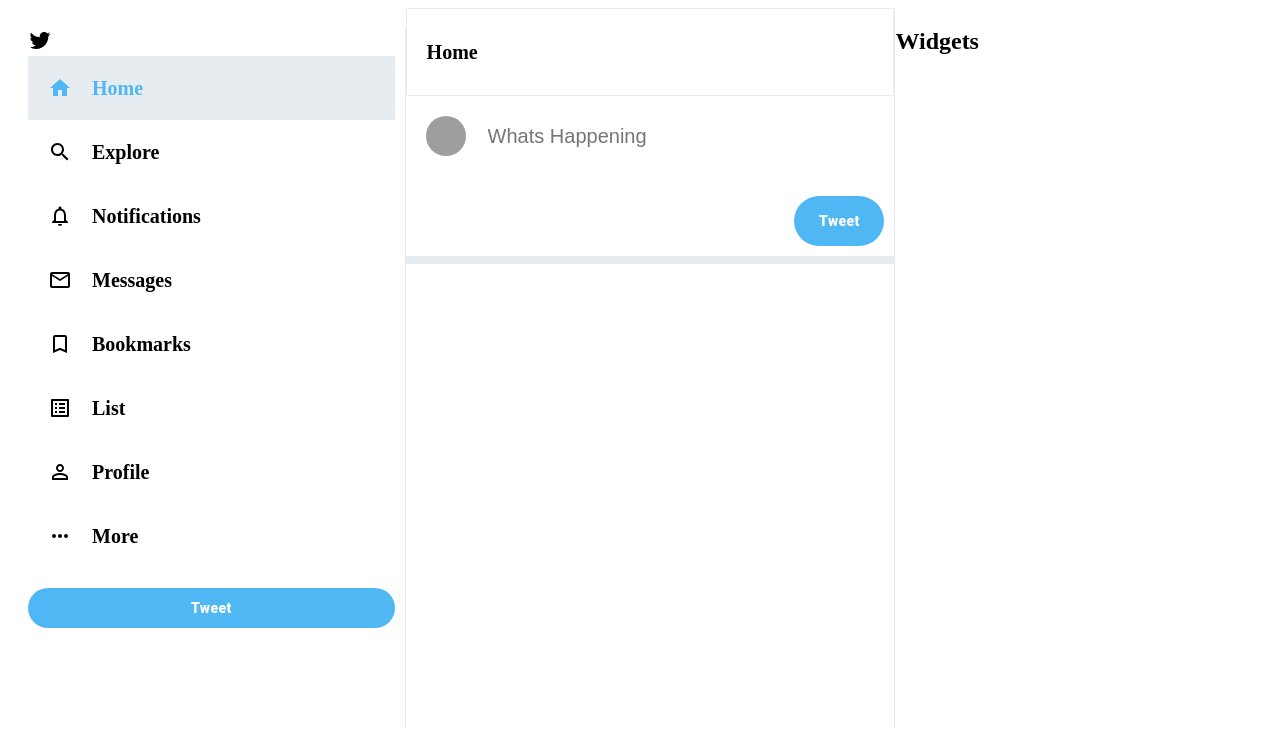
Repository: shehriyarnadeem/twitter-clone
Page: /
An editor plug-in stored every save of this project. The page is shown before and after a run of saves, followed by the edit.
The browser window is 1280 px wide. The pictures show the whole page.
Pictures or frames that could not be fetched are drawn as grey boxes. The project was rebuilt for these pictures with package versions that can differ from the ones it lists, and the page was loaded fresh each time. Also part of the build but not shown: src/index.css.

Above is the page before, as saved 2020-08-08 23:56:48.

### src/App.js
import React from "react";
import Sidebar from "./Sidebar";
import Feed from "./Feed";
import Widgets from "./Widgets";
import "./App.css";

function App() {
  return (
    <div className="App">
      <Sidebar />
      <Feed />
      <Widgets />
      {/* Feed */}
      {/* Widget */}
    </div>
  );
}

export default App;

### src/Sidebar.js
import React from "react";
import SidebarOption from "./SidebarOption";
import TwitterIcon from "@material-ui/icons/Twitter";
import HomeIcon from "@material-ui/icons/Home";
import SearchIcon from "@material-ui/icons/Search";
import NotificationsNoneIcon from "@material-ui/icons/NotificationsNone";
import MailOutlineIcon from "@material-ui/icons/MailOutline";
import BookmarkBorderIcon from "@material-ui/icons/BookmarkBorder";
import ListAltIcon from "@material-ui/icons/ListAlt";
import PermIdentityIcon from "@material-ui/icons/PermIdentity";
import MoreHorizIcon from "@material-ui/icons/MoreHoriz";
import { Button } from "@material-ui/core";
import "./Sidebar.css";

const Sidebar = () => {
  return (
    <div className="sidebar">
      <TwitterIcon />
      <SidebarOption active Icon={HomeIcon} text="Home" />
      <SidebarOption Icon={SearchIcon} text="Explore" />
      <SidebarOption Icon={NotificationsNoneIcon} text="Notifications" />
      <SidebarOption Icon={MailOutlineIcon} text="Messages" />
      <SidebarOption Icon={BookmarkBorderIcon} text="Bookmarks" />
      <SidebarOption Icon={ListAltIcon} text="List" />
      <SidebarOption Icon={PermIdentityIcon} text="Profile" />
      <SidebarOption Icon={MoreHorizIcon} text="More" />
      <Button variant="outlined" className="sidebar__tweet" fullWidth>
        Tweet
      </Button>
    </div>
  );
};

export default Sidebar;

### src/Feed.js
import React from "react";
import TweetBox from "./TweetBox";
import "./Feed.css";
const Feed = () => {
  return (
    <div className="feed">
      <div className="feed__header">
        <h2>Home</h2>
      </div>
      <TweetBox />

      {/* Post */}
    </div>
  );
};

export default Feed;

### src/Widgets.js
import React from "react";
import "./Widgets.css";
export default function Widgets() {
  return (
    <div className="widgets">
      <h2>Widgets</h2>
    </div>
  );
}

### src/App.css
body {
  --twitter-color: #50b7f5;
  --twitter-background: #e6ecf0;
}

.App {
  display: flex;
  height: 100vh;
  margin-left: auto;
  margin-right: auto;
  padding: 0 10px;

  max-width: 1300px;
}

### src/SidebarOption.js
import React from "react";
import "./SidebarOption.css";
const SidebarOption = ({ active, text, Icon }) => {
  return (
    <div className={`sidebarOption ${active && "sidebarOption--active"}`}>
      <Icon />
      <h2>{text}</h2>
    </div>
  );
};

export default SidebarOption;

### src/Sidebar.css
.sidebar {
  border-right: 1px solid var(--twitter-background);
  flex: 0.3;
  margin-top: 20px;
  padding-left: 10px;
  padding-right: 10px;
}

.sidebar__tweet {
  background-color: var(--twitter-color) !important;
  border: none !important;
  color: white !important;
  font-weight: 900 !important;
  text-transform: inherit !important;

  border-radius: 30px !important;
  height: 40px !important;
  margin-top: 20px !important;
}

### src/TweetBox.js
import React from "react";
import { Avatar, Button } from "@material-ui/core";
import "./TweetBox.css";

function TweetBox() {
  return (
    <div className="tweetBox">
      <form>
        <div className="tweetBox__input">
          <Avatar src="https://api.adorable.io/avatars/51/abott@adorable.png" />
          <input type="text" placeholder="Whats Happening" />
        </div>
        {/* <input
          className="tweetBox__imageInput"
          placeholder="Optional : Enter image URL"
          type="text"
        /> */}
        <Button className="tweetBox__tweetButton">Tweet</Button>
      </form>
    </div>
  );
}

export default TweetBox;

### src/Feed.css
.feed {
  flex: 0.4;
  border-right: 1px solid var(--twitter-background);
  min-width: fit-content;
  overflow-y: scroll;
}

.feed::-webkit-scrollbar {
  display: none;
}

.feed__header {
  position: sticky;
  top: 0;
  background-color: white;
  z-index: 100;
  border: 1px solid var(--twitter-background);
  padding: 15px 20px;
}

.feed__header > h2 {
  font-size: 20px;
  font-weight: 000;
}

### src/Widgets.css
.widgets {
  flex: 0.3;
}

### src/SidebarOption.css
.sidebarOption {
  display: flex;
  align-items: center;
  cursor: pointer;
}

.sidebarOption:hover {
  background-color: var(--twitter-background);
  border-radius: 30px;
  color: var(--twitter-color);
  transition: color 300ms ease-out;
}

.sidebarOption > .MuiSvgIcon-root {
  padding: 20px;
}
.sidebarOption > h2 {
  font-weight: 800;
  font-size: 20px;
  margin-right: 20px;
}
.sidebarOption--active {
  color: var(--twitter-color);
  background-color: var(--twitter-background);
}

### src/TweetBox.css
.tweetBox {
  padding-bottom: 10px;
  border-bottom: 8px solid var(--twitter-background);
  padding-right: 10px;
}

.tweetBox > form {
  display: flex;
  flex-direction: column;
}

.tweetBox__input {
  padding: 20px;
  display: flex;
}

.tweetBox__input > input {
  flex: 1;
  font-size: 20px;
  margin-left: 20px;
  border: none;
}

.tweetBox__tweetButton {
  background-color: var(--twitter-color) !important;
  border: none !important;
  color: white !important;
  font-weight: 900 !important;
  text-transform: inherit !important;
  border-radius: 30px !important;
  height: 50px !important;
  width: 90px !important;
  margin-left: auto !important;
  margin-top: 20px !important;
}

.tweetBox__imageInput {
}

### src/Post.js
import React from "react";

const Post = ({ displayName, username, verified, timestamp }) => {
  return (
    <div className="post">
      <div className="post__avatar">
        <Avatar src="https://api.adorable.io/avatars/51/abott@adorable.png" />
      </div>
    </div>
  );
};

export default Post;

Loaded but not shown: public/index.html (common file); src/index.js (common file)

After the next 2 saves:
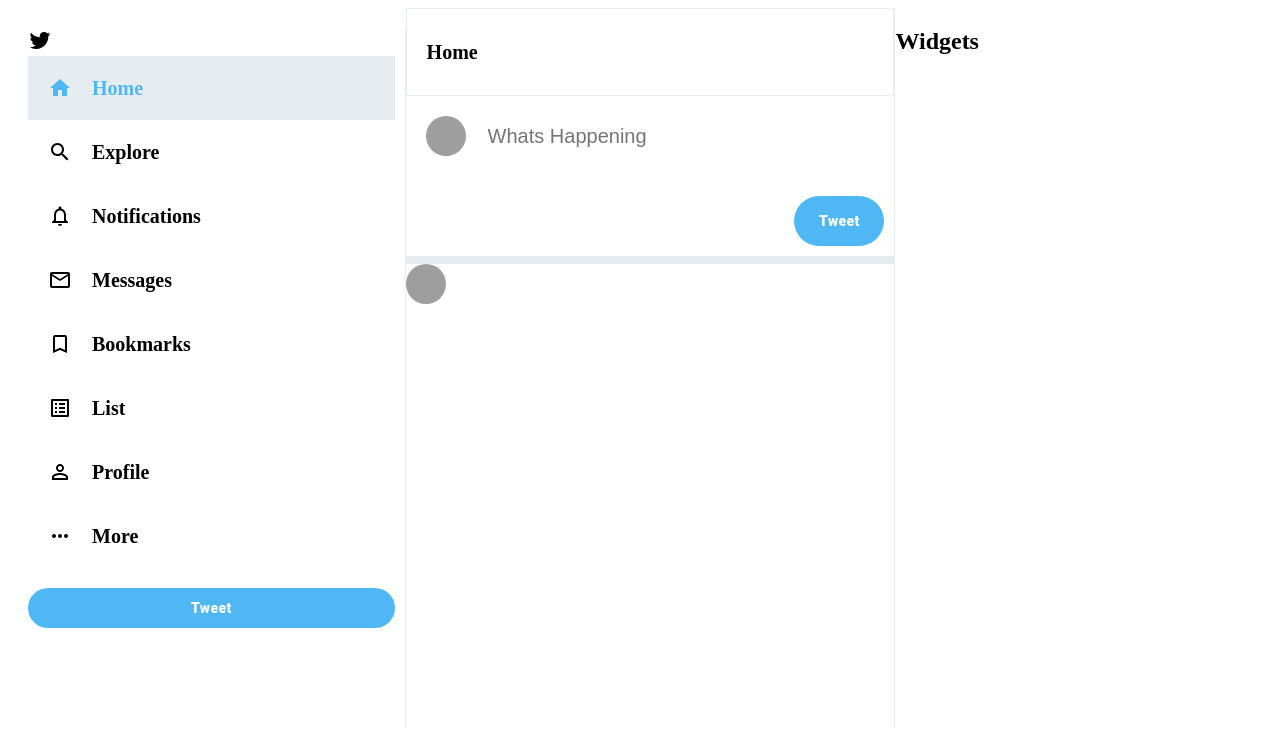
The 2 saves are shown as one change because 1 did not build or start.
The last was saved 32 s later.
--- a/src/Feed.js
+++ b/src/Feed.js
@@ -1,5 +1,6 @@
 import React from "react";
 import TweetBox from "./TweetBox";
+import Post from "./Post";
 import "./Feed.css";
 const Feed = () => {
   return (
@@ -8,6 +9,7 @@
         <h2>Home</h2>
       </div>
       <TweetBox />
+      <Post />
 
       {/* Post */}
     </div>
--- a/src/Post.js
+++ b/src/Post.js
@@ -1,5 +1,5 @@
 import React from "react";
-
+import { Avatar, Button } from "@material-ui/core";
 const Post = ({ displayName, username, verified, timestamp }) => {
   return (
     <div className="post">
